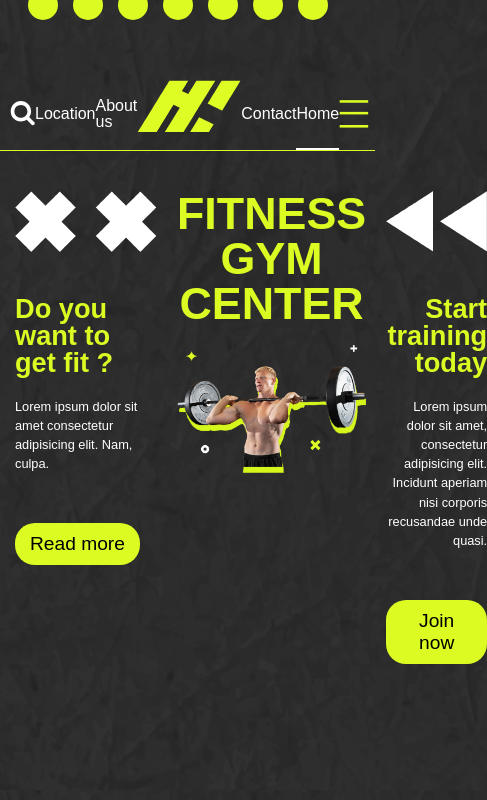
Repository: sem1103/fitness-test
Page: index.html
The author's editor kept a copy of each file at every save. The page is drawn from the files as they stood at one save, then again after the next save.
The browser window is 375 px wide. The page is 487 px wide, then 375 px, so the pictures cover 487 px, including what lies to the right of the window. The pictures show the whole page.

Above is the page before, as saved 2023-11-03 19:04:39.

### index.html
<!DOCTYPE html>
<html lang="en">
<head>
    <meta charset="UTF-8">
    <meta name="viewport" content="width=device-width, initial-scale=1.0">
    <title>Fitness</title>
    <link rel="stylesheet" href="style/reset.css"/>
    <link rel="stylesheet" href="style/main.css"/>
</head>
<body>
    <div id="circles">
        <ul>
            <li></li>
            <li></li>
            <li></li>
            <li></li>
            <li></li>
            <li></li>
            <li></li>
        </ul>
    </div>
    <header class="container">
        <div id="search">
            <svg version="1.2" xmlns="http://www.w3.org/2000/svg" viewBox="0 0 25 25" width="25" height="25"><style>.a{fill:#fff}</style><path fill-rule="evenodd" class="a" d="m23 24.2c-0.5 0-1 0-1.4-0.5-4.9-4.9-4.9-4.9-4.9-4.9-1.9 1.2-3.7 1.6-5.8 1.6-5.6 0-10.2-4.4-10.2-10 0-5.8 4.6-10.3 10.2-10.3 5.6 0 10.2 4.5 10.2 10.3 0 1.9-0.7 4-1.9 5.6 4.9 5.1 4.9 5.1 4.9 5.1 0.5 0.3 0.7 0.7 0.7 1.2 0 1.2-0.9 1.9-1.8 1.9zm-12.1-20.3c-3.7 0-6.5 2.8-6.5 6.5 0 3.5 2.8 6.3 6.5 6.3 3.5 0 6.5-2.8 6.5-6.3 0-3.7-3-6.5-6.5-6.5z"/></svg>
        </div>
        <nav>
            <ul>
                <li><a href="">Location</a></li>
                <li><a href="">About us</a></li>
                <li><a href=""><img src="./img/logo.png" alt="Logo"></a></li>
                <li><a href="">Contact</a></li>
                <li class="active"><a href="">Home</a></li>
            </ul>
        </nav>
        <div id="burger__menu">
            <img src="img/burger-icon.png" alt="">
        </div>
    </header>
    <main>

        <div id="intro" class="container">
            <div class="side__section">
                <div class="img">
                    <img src="img/section-one.png" alt="">
                </div>
                <h2>Do you want
                    to get fit ?</h2>
                <p>Lorem ipsum dolor sit amet consectetur adipisicing elit. Nam, culpa.</p>
                <button>Read more</button>
            </div>
            <div class="main__section">
                <h1>FITNESS GYM <br/>
                    CENTER</h1>
                <img src="img/section-two.png" alt="">
            </div>
            <div class="side__section">
                <div class="img">
                    <img src="img/section-three.png" alt="">
                </div>
                <h2>Start training
                    today</h2>
                <p>Lorem ipsum dolor sit amet, consectetur adipisicing elit. Incidunt aperiam nisi corporis recusandae unde quasi.</p>
                <button>Join now</button>
            </div>
        </div>


    </main>
</body>
</html>

### style/reset.css
html, body, div, span, applet, object, iframe,
h1, h2, h3, h4, h5, h6, p, blockquote, pre,
a, abbr, acronym, address, big, cite, code,
del, dfn, em, img, ins, kbd, q, s, samp,
small, strike, strong, sub, sup, tt, var,
b, u, i, center,
dl, dt, dd, ol, ul, li,
fieldset, form, label, legend,
table, caption, tbody, tfoot, thead, tr, th, td,
article, aside, canvas, details, embed,
figure, figcaption, footer, header, hgroup,
menu, nav, output, ruby, section, summary,
time, mark, audio, video {
	margin: 0;
	padding: 0;
	border: 0;
	font-size: 100%;
	font: inherit;
	vertical-align: baseline;
}
/* HTML5 display-role reset for older browsers */
article, aside, details, figcaption, figure,
footer, header, hgroup, menu, nav, section {
	display: block;
}
body {
	line-height: 1;
	font-family: Arial, Helvetica, sans-serif;
}
ol, ul {
	list-style: none;
}
blockquote, q {
	quotes: none;
}
blockquote:before, blockquote:after,
q:before, q:after {
	content: '';
	content: none;
}
table {
	border-collapse: collapse;
	border-spacing: 0;
}
a{
	text-decoration: none;
}

### style/main.css
.container {
    max-width: 1100px;
    margin: auto;
}

body {
    background: url(./../img/background.png) center/cover;
    min-height: 100vh;
}

#circles ul {
    display: flex;
    flex-direction: row;
    width: 100%;
    justify-content: center;
    gap: 15px;
    margin: -10px;
}

#circles li {
    padding: 15px;
    border-radius: 50%;
    background-color: #dbfb23;
}

header {
    padding: 70px 10px 0 10px;
    border-bottom: 1px solid #dbfb23;
}
header > div{
    flex-basis: 5%;
}

header,
nav ul {
    display: flex;
    flex-direction: row;
    justify-content: space-between;
    align-items: center;
}

nav {
    flex-basis: 80%;
}

nav ul {
    align-items: stretch;
}

nav li {
    display: flex;
    align-items: center;
    transition: all .3s ease-in-out;
    border-bottom: 2px solid transparent;
}
nav li:nth-child(3){
    margin: 0 0 15px 0;
    border: 0;
}
nav a {
    color: #fff;
}

nav li:hover {
    color: #dbfb23;
    transition: all .3s ease-in-out;
    border-color: #fff;
}
.active{
    color: #dbfb23;
    transition: all .3s ease-in-out;
    border-color: #fff;
}

#burger__menu{
    text-align: center;
}

h1{
    font-size: 3.8rem;
    font-weight: 900;
    color: #dbfb23;
    text-align: center;
    margin: 0  0 20px 0;
}
h2{
    color: #dbfb23;
    font-size: 1.7rem;
    font-weight: 600;
}
#intro{
    display: flex;
    flex-direction: row;
    padding: 40px 15px;
    gap: 20px;
}
#intro p{
    color: #fff;
    font-size: 1.1rem;
    line-height: 1.5;
    margin: 0 0 50px 0;
}

#intro button{
    border: 0;
    outline: 0;
    padding: 10px 15px;
    background-color: #dbfb23;
    border-radius: 20px;
    font-size: 1.2rem;
    cursor: pointer;
}
.img{
    text-align: center;
    margin: 0 0 40px 0;
}
.main__section img{
    width: 100%;
}
.main__section{
    flex-basis: 50%;
}
.side__section{
    flex-basis: 25%;
}
.side__section h2{
    margin: 20px 0;
}
.side__section:last-of-type{
    text-align: right;
}


@media only screen and (max-width: 950px) {
    h1{
        font-size: 2.8rem;
    }
}
@media only screen and (max-width: 768px) {
    #intro p{
        font-size: .8rem;
    }
}

After the next save:
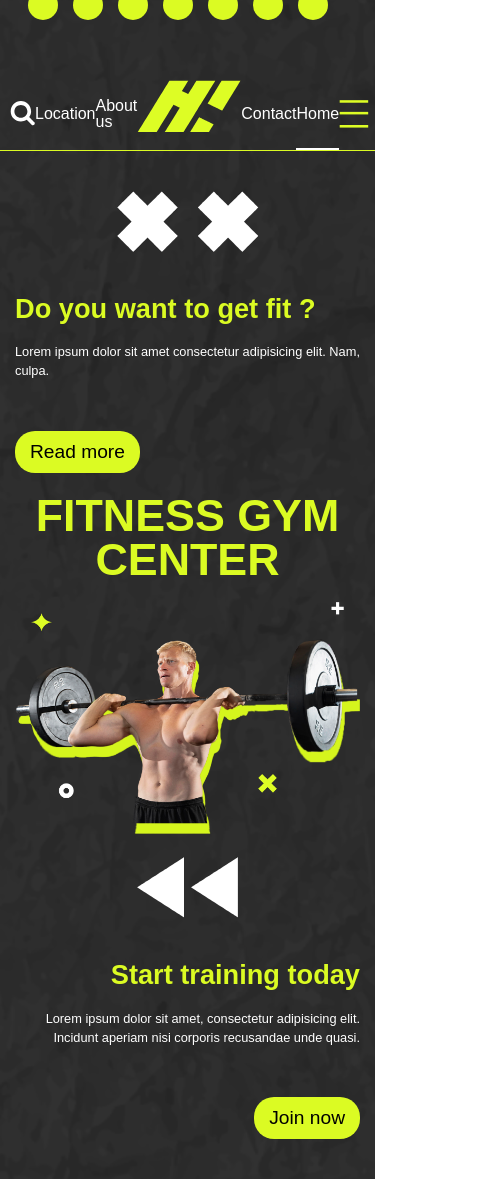
Saved 35 s later.
--- a/style/main.css
+++ b/style/main.css
@@ -141,3 +141,9 @@
         font-size: .8rem;
     }
 }
+
+@media only screen and (max-width: 520px) {
+    #intro{
+        flex-direction: column;
+    }
+}
